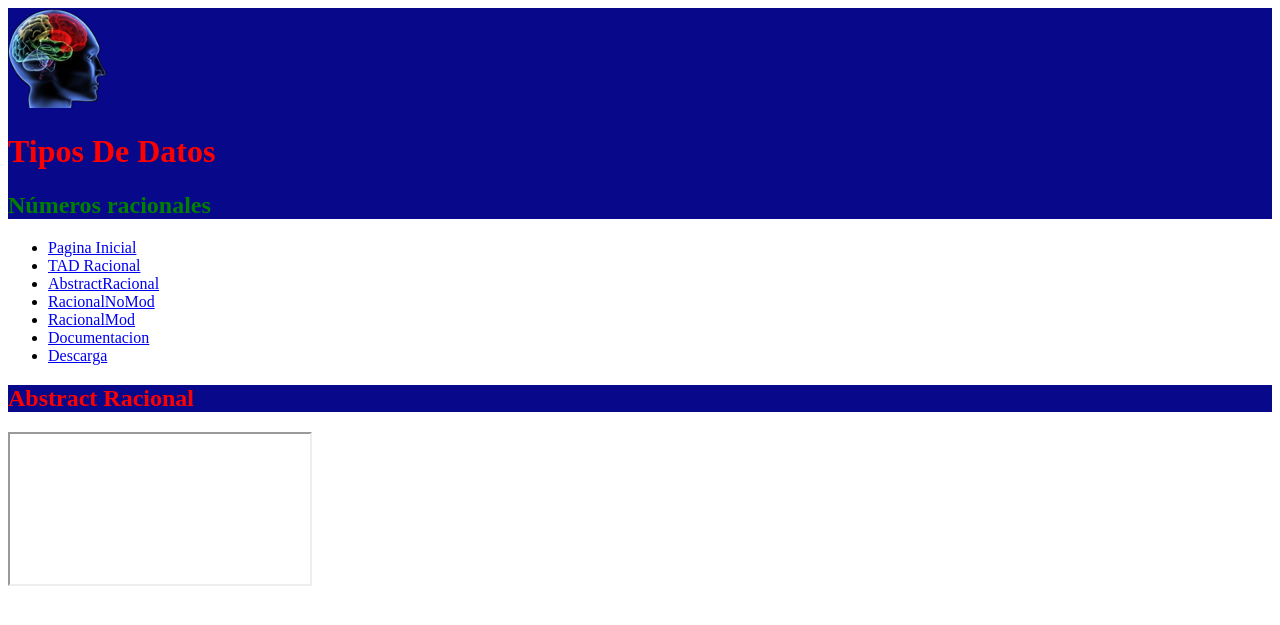
Repository: dgsama/Curso17
Page: SEW/WorkSpace/Practica02/html/Racional.html
An editor plug-in stored every save of this project. The page is shown before and after the next save, followed by the edit.
The browser window is 1280 px wide. The pictures show the whole page.

Above is the page before, as saved 2016-10-05 10:37:09.

After the next save:
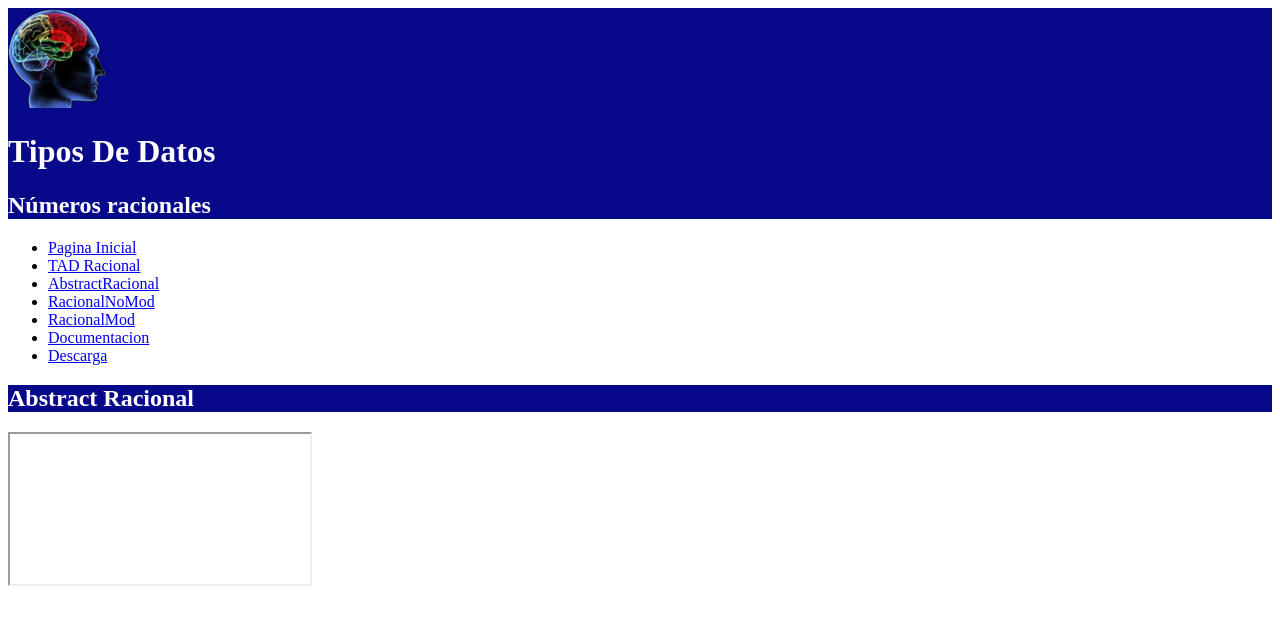
Saved 23 s later.
--- a/SEW/WorkSpace/Practica02/html/css/estDatos.css
+++ b/SEW/WorkSpace/Practica02/html/css/estDatos.css
@@ -10,11 +10,11 @@ header {
 }
 
 h1 {
-    color: red;
+    color: white;
     background-color: #08088A;
 }
 
 h2 {
-    color: green;
+    color: white;
     background-color: #08088A
 }
